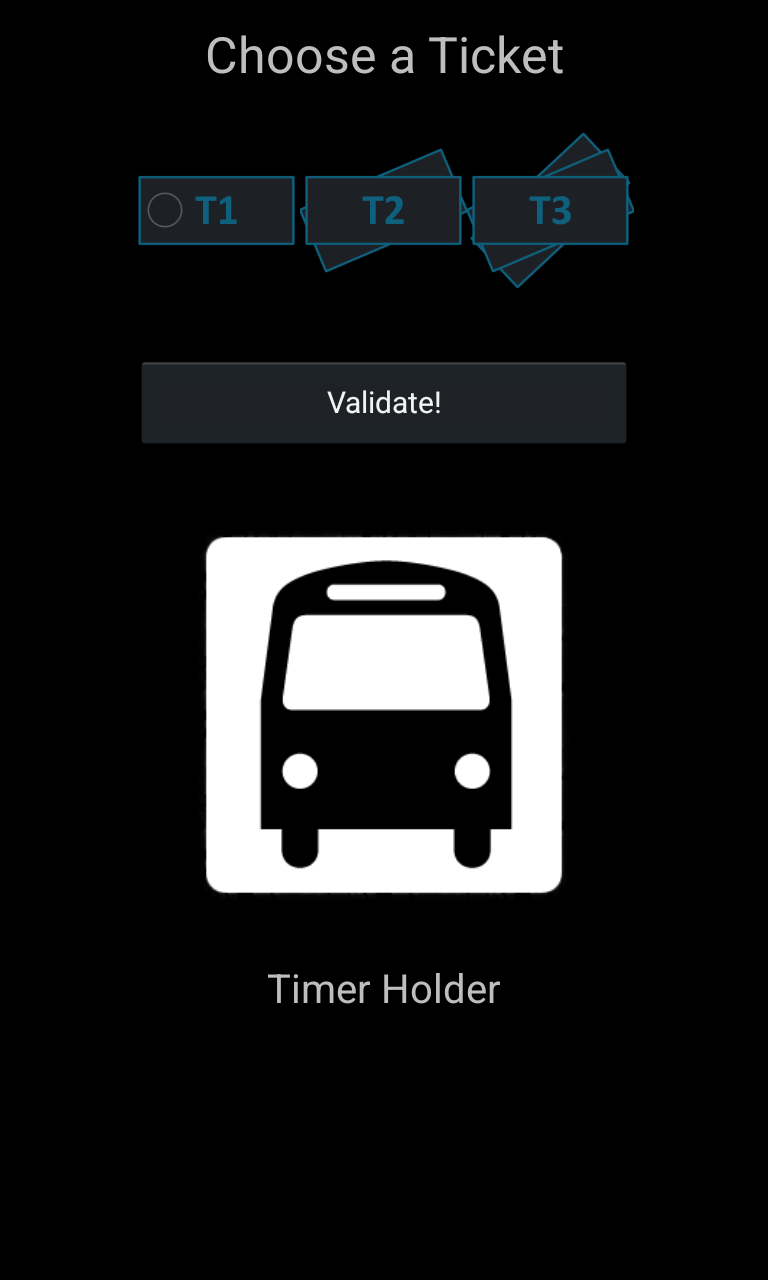
Repository: Nelspike/BusTicketer
Layout: PassengerMode/res/layout/fragment_show_tickets.xml
An editor plug-in stored every save of this project. The layout is shown before and after the next save, followed by the edit.
It is drawn on a 768 x 1280 px phone screen (xhdpi) without system bars, with theme AppTheme; the app's code is not run.

Above is the layout before, as saved 2013-10-19 21:03:31.

After the next save:
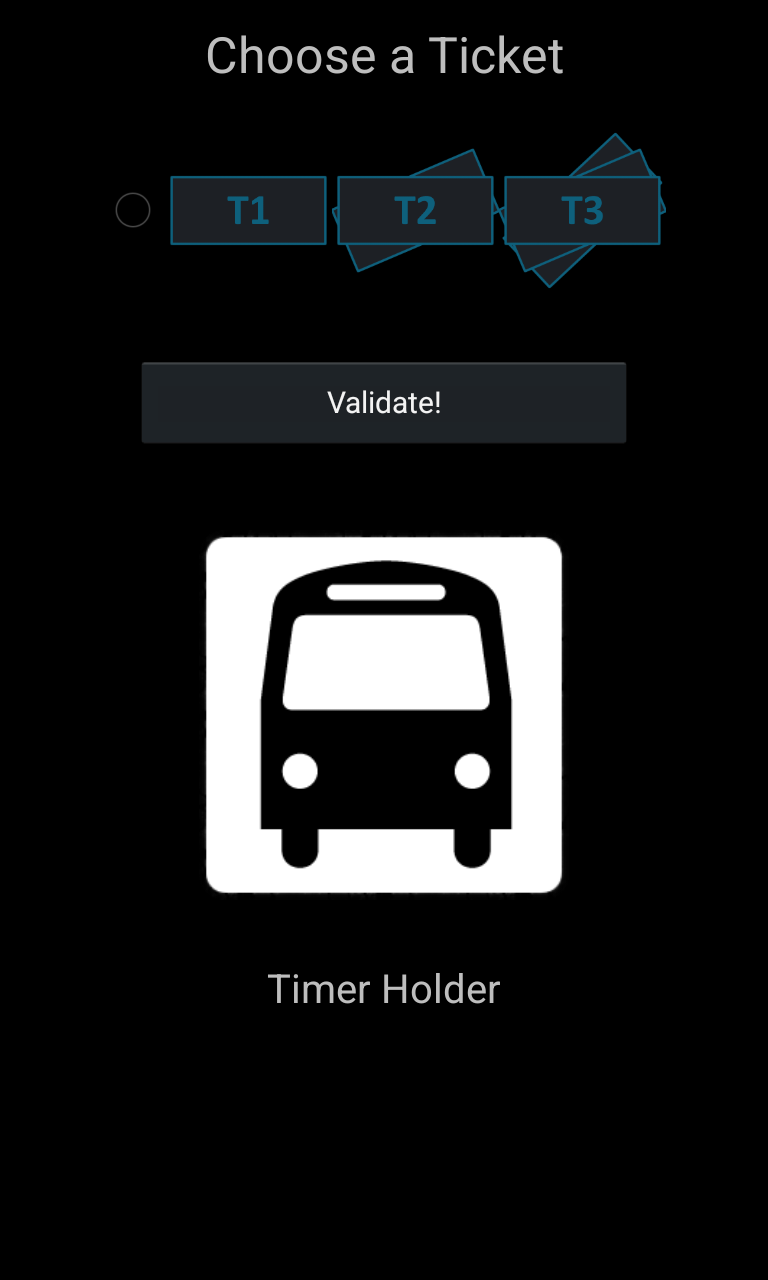
Saved 29 s later.
--- a/PassengerMode/res/layout/fragment_show_tickets.xml
+++ b/PassengerMode/res/layout/fragment_show_tickets.xml
@@ -28,7 +28,7 @@
 
 			<RadioButton
 			    android:id="@+id/t1_radio"
-				android:background="@drawable/t1_selector"
+				android:drawableRight="@drawable/t1_selector"
 				android:layout_width="wrap_content"
 				android:layout_height="wrap_content"/>
 
